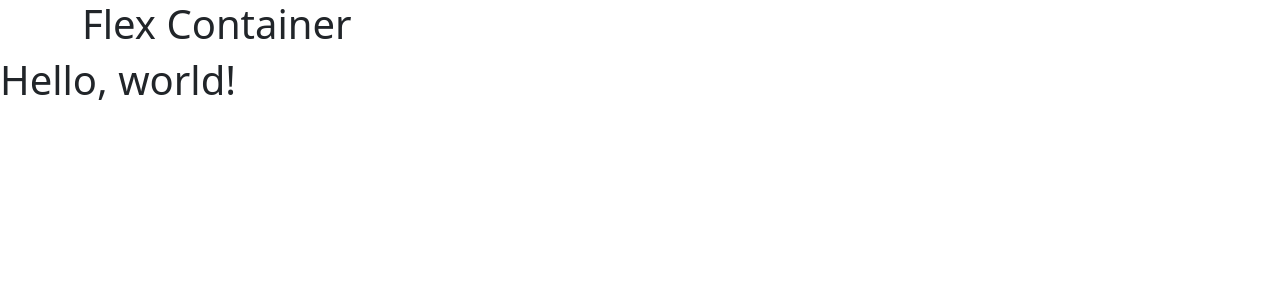
Repository: tandoan-teaching/teaching
Page: ltt/web/exercises/flexbox/flex-container.html
The author's editor kept a copy of each file at every save. The page is drawn from the files as they stood at one save, then again after the next save.
The browser window is 1280 px wide. The pictures show the whole page.

Above is the page before, as saved 2024-03-24 16:06:22.

### ltt/web/exercises/flexbox/flex-container.html
<!DOCTYPE html>
<html lang="en">
<head>
    <meta charset="UTF-8">
    <meta name="viewport" content="width=device-width, initial-scale=1.0">
    <title>CSS Flex Box Tutorials</title>
</head>
<body>

    <div class="container">
        <h1>Flex Container</h1>


    </div>

</body>
</html>

<!doctype html>
<html lang="en">
  <head>
    <meta charset="utf-8">
    <meta name="viewport" content="width=device-width, initial-scale=1">
    <title>CSS Flex Box Tutorials</title>
    <link href="https://cdn.jsdelivr.net/npm/bootstrap@5.3.3/dist/css/bootstrap.min.css" rel="stylesheet" integrity="sha384-QWTKZyjpPEjISv5WaRU9OFeRpok6YctnYmDr5pNlyT2bRjXh0JMhjY6hW+ALEwIH" crossorigin="anonymous">
  </head>
  <body>
    <h1>Hello, world!</h1>
    <script src="https://cdn.jsdelivr.net/npm/bootstrap@5.3.3/dist/js/bootstrap.bundle.min.js" integrity="sha384-YvpcrYf0tY3lHB60NNkmXc5s9fDVZLESaAA55NDzOxhy9GkcIdslK1eN7N6jIeHz" crossorigin="anonymous"></script>
  </body>
</html>

After the next save:
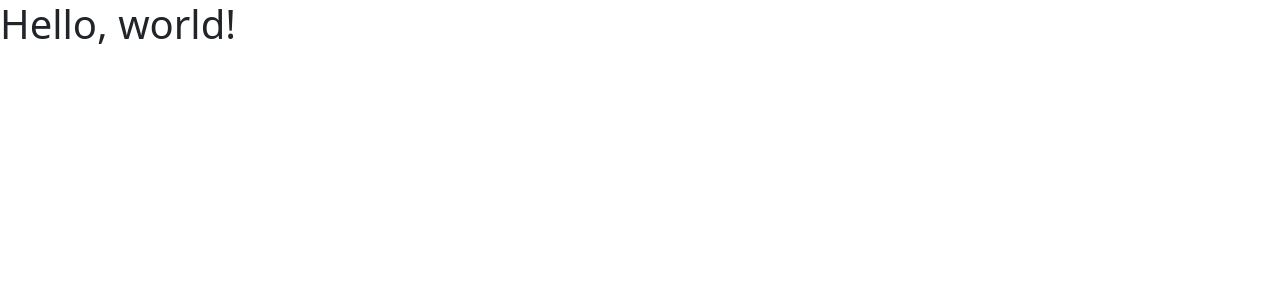
Saved 5 s later.
--- a/ltt/web/exercises/flexbox/flex-container.html
+++ b/ltt/web/exercises/flexbox/flex-container.html
@@ -1,21 +1,3 @@
-<!DOCTYPE html>
-<html lang="en">
-<head>
-    <meta charset="UTF-8">
-    <meta name="viewport" content="width=device-width, initial-scale=1.0">
-    <title>CSS Flex Box Tutorials</title>
-</head>
-<body>
-
-    <div class="container">
-        <h1>Flex Container</h1>
-
-
-    </div>
-
-</body>
-</html>
-
 <!doctype html>
 <html lang="en">
   <head>
